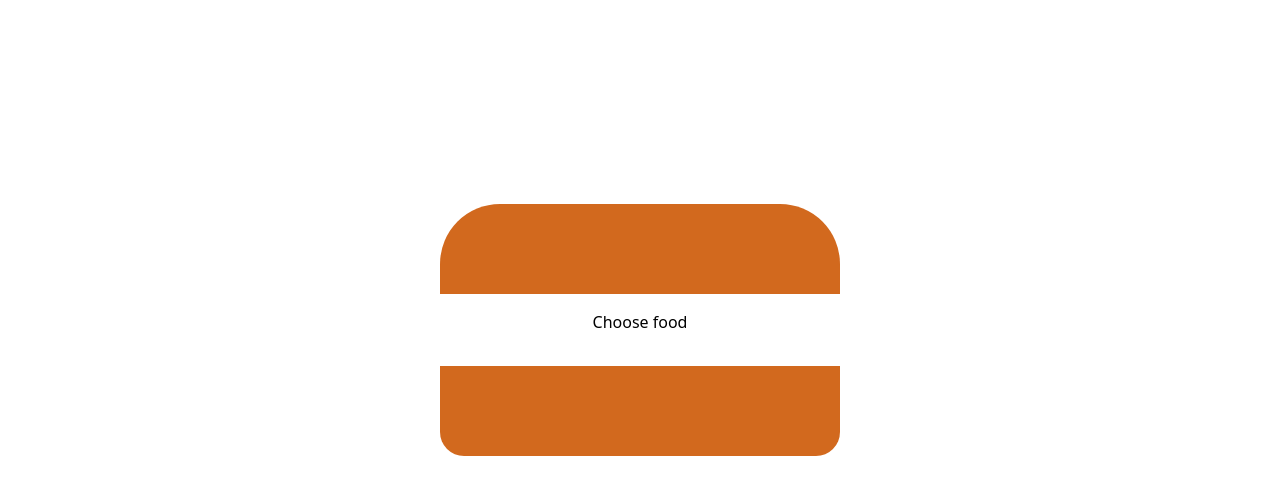
Repository: baobaodeveloper/bootcamp21_HuynhAnhBao_Burger
Page: /
The author's editor kept a copy of each file at every save. The page is drawn from the files as they stood at one save, then again after the next save.
The browser window is 1280 px wide. The pictures show the whole page.
The project was rebuilt for these pictures with package versions that can differ from the ones it lists, and the page was loaded fresh each time. Also part of the build but not shown: vite.config.js.

Above is the page before, as saved 2022-05-15 16:43:49.

After the next save:
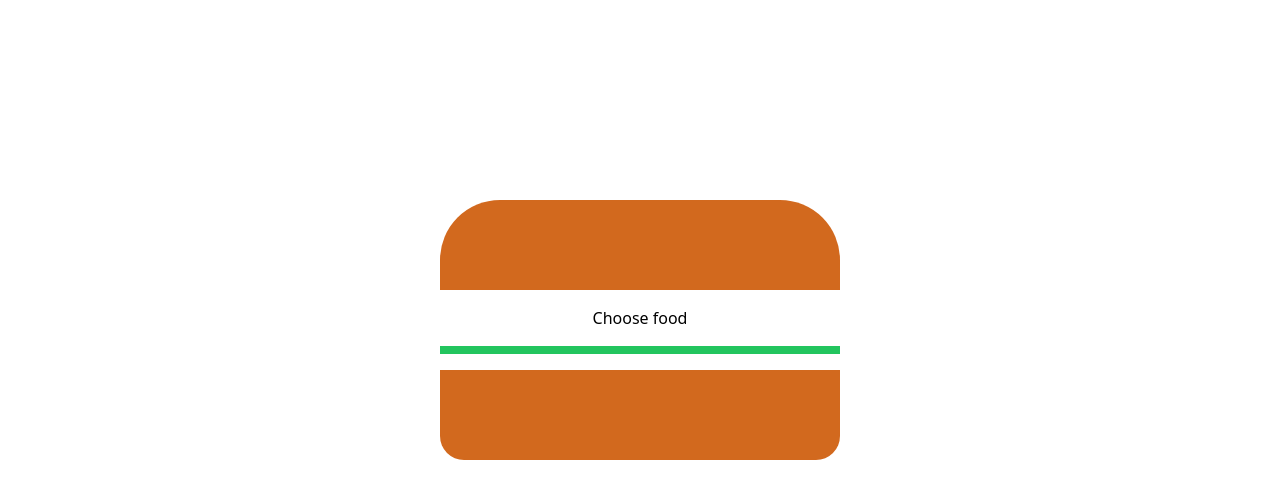
Saved 37 s later.
--- a/src/components/Burger.jsx
+++ b/src/components/Burger.jsx
@@ -10,7 +10,7 @@ export default function Burger() {
           </div>
           <p>Choose food</p>
           {/* loop here */}
-          <div className=""></div>
+          <div className="w-full h-2 bg-green-500"></div>
 
           <div className="w-full bg-[#D2691E] h-[90px] rounded-br-3xl rounded-bl-3xl"></div>
         </div>
